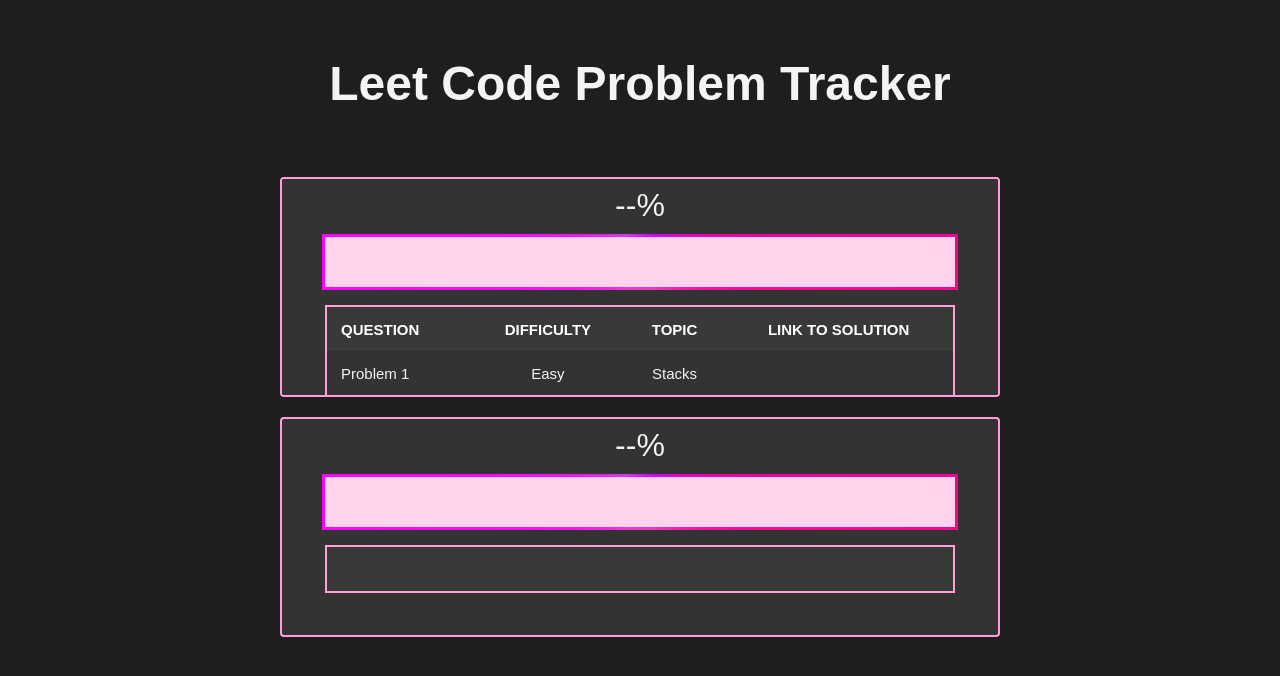
Repository: bbrockbrown/leet-code-tracker
Page: index.html
An editor plug-in stored every save of this project. The page is shown before and after the next save, followed by the edit.
The browser window is 1280 px wide. The pictures show the whole page.

Above is the page before, as saved 2024-07-28 17:27:27.

### index.html
<!DOCTYPE html>
<html lang="en">
<head>
    <meta charset="UTF-8">
    <meta name="viewport" content="width=device-width, initial-scale=1.0">
    <link rel="stylesheet" href="styles.css">
    <script>src="script.js"</script>
    <title>Document</title>
</head>
<body>
    <div class="main">
        <h1 id="header">Leet Code Problem Tracker</h1>
    </div>

    <div class="tracking-container">
        <!-- Have some script grab random leet code problems daily -->
        <div class="todo-tracking">
            <div class="todo-percent">--%</div>
            <div class="progressbar" id="todo-bar"> <!--% Container for progressbar --> </div>
            <table>
                <tbody>
                    <tr>
                        <th>Question</th>
                        <th>Difficulty</th>
                        <th>Topic</th>
                        <th>Link to Solution</th>
                    </tr>

                    <tr>
                        <td>Problem 1</td>
                        <td class="easy-prob">Easy</td>
                        <td class="topic">Stacks</td>
                    </tr>
                </tbody>
            </table>
        </div>

        <!-- Brings to page with links to completed problems, area to write
         notes about how it was solved, topics used, etc-->
        <div class="completed-tracking">
            <div class="completed-percent">--%</div>
            <div class="progressbar" id="completed-bar"> <!--% Container for progressbar --> </div>
            <table>
                <tbody>
                    <tr>
                        <th></th>
                        <th></th>
                        <th></th>
                    </tr>
                </tbody>
            </table>
        </div>
    </div>
</body>
</html>

### styles.css
:root {
    --tracking-border-color: rgb(255, 159, 213);
}

@keyframes rotate {
	to {
		--angle: 360deg;
	}
}

@property --angle {
  syntax: '<angle>';
  initial-value: 0deg;
  inherits: false;
}

head {
    display: none;
}

body {
    font-family: Arial, sans-serif;
    background: #1e1e1e;
    margin: 0;
    padding: 0;
    color: #f4f4f4;
    overflow: hidden;
    font-size: 90%;
}

.main {
    display: flex;
    flex-flow: column;
    justify-content: center;
    align-items: center;
    padding: 24px;
}

#header {
    font-size: 48px;
}

.tracking-container {
    display: flex;
    flex-flow: row wrap;
    align-items: center;
    justify-content: space-evenly;

}

.todo-tracking, .completed-tracking {
    border: 2px solid var(--tracking-border-color);
    border-radius: 4px;
    font-size: 32px;
    text-align: center;
    box-shadow: 8px rgb(255, 159, 213, 0.8);
    height: 200px;
    width: 700px;
    padding: 8px;
    background-color: #333;
    margin: 10px auto;
    display: inline-block;
    max-width: 75%;
    max-height: 85%;
    overflow-y: auto;
    color: #f4f4f4;
}

.todo-tracking:hover, .completed-tracking:hover {
    filter: brightness(85%);
}

/* progress bar fills more as more complete */
.progressbar {
    width: 90%;
    height: 50px;
    border-radius: 8px;
    background-color: rgb(255, 212, 236);
    margin: 10px auto;
    --angle: 0deg;
    /* FOR FUTURE: make it so user can change border gradient */
    --very-pink: rgb(249, 0, 141);
    --pink: rgb(233, 58, 183);
    --pinkish-purple: rgb(233, 58, 210);
    --magenta: magenta;
    --purple: rgb(213, 58, 233);
    --very-purple: rgb(212, 0, 255);
	border: 3px solid;
	border-image: conic-gradient(from var(--angle), var(--very-pink), var(--pink), var(--pinkish-purple), var(--magenta), var(--purple), var(--very-purple), var(--very-pink)) 1;
	animation: 4s rotate linear infinite;
}

table {
    width: 90%;
    display: table;
    margin: 15px auto;
    border-collapse: collapse;
    transition: box-shadow 0.3s ease-in-out;
    border: 2px solid var(--tracking-border-color);
    border-radius: 10px;
    box-shadow: #1e1e1e;
}

tbody {
    display: table-row-group;
    vertical-align: middle;
    unicode-bidi: isolate;
    border-color: inherit;
    font-size: 15px;
}

tr {
    display: table-row;
    vertical-align: inherit;
    unicode-bidi: isolate;
    border-color: inherit;
}

th {
    color: white;
    text-transform: uppercase;
    background-color: #373a37;
}

th:first-child, td:first-child {
    text-align: left;
}

th, td {
    padding: 8px 14px;
    transition: background-color 0.5s;
    height: 28px;
    border: 0px;
    white-space: nowrap;
}

After the next save:
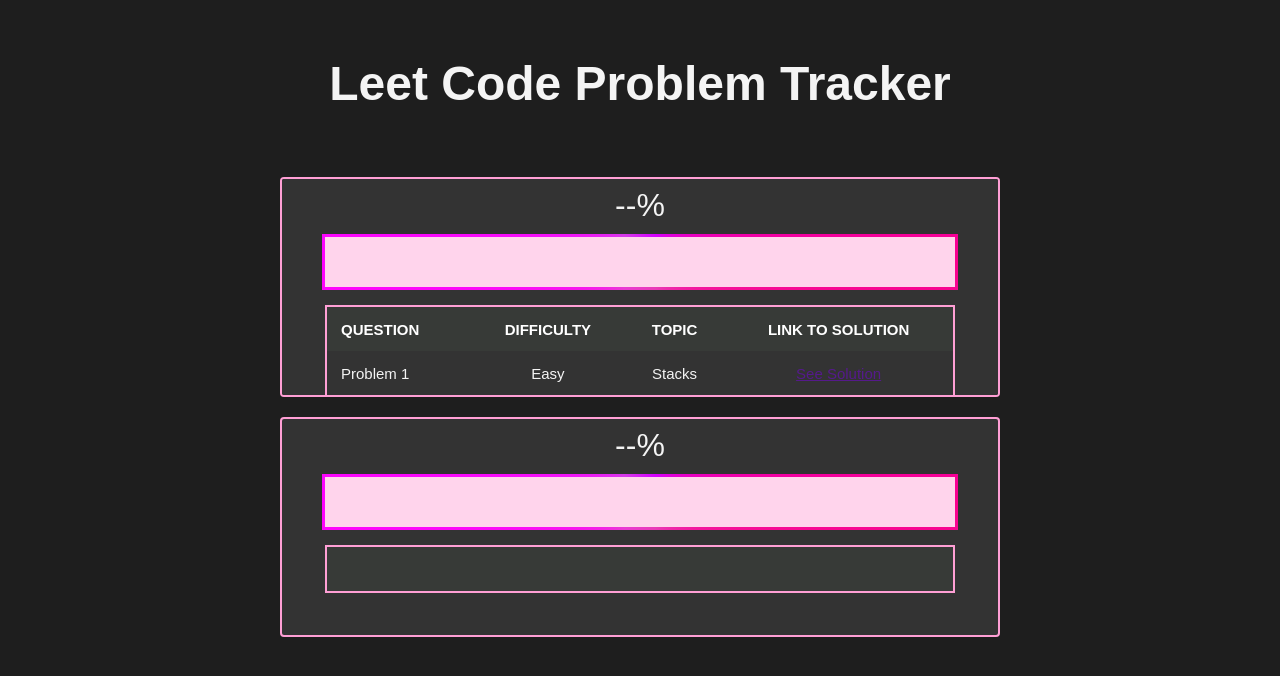
Saved 30 s later.
--- a/index.html
+++ b/index.html
@@ -30,6 +30,7 @@
                         <td>Problem 1</td>
                         <td class="easy-prob">Easy</td>
                         <td class="topic">Stacks</td>
+                        <td class="solution"><a href="">See Solution</a></td>
                     </tr>
                 </tbody>
             </table>
